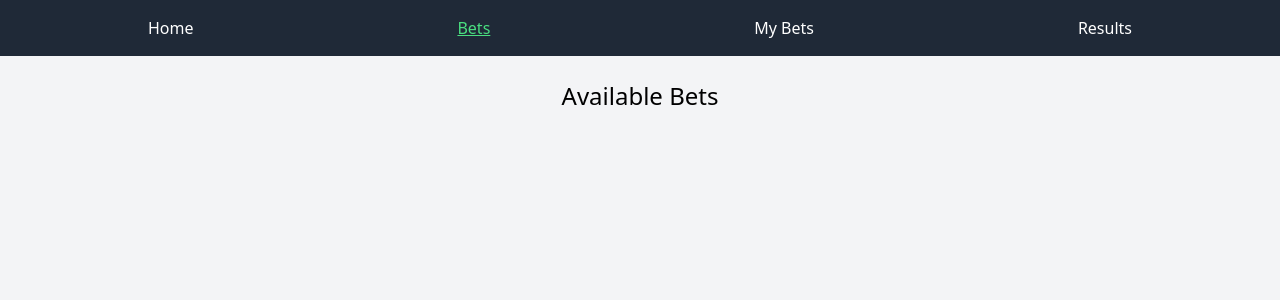
Repository: PEEZYBEE/cha-ching
Page: /bets
These files come from the project's save history. The page is drawn as it stood at one moment and after the next save; the edit follows.
The browser window is 1280 px wide. The pictures show the whole page.
The project was rebuilt for these pictures with package versions that can differ from the ones it lists, and the page was loaded fresh each time. Also part of the build but not shown: vite.config.js, src/pages/HomePage.jsx, src/pages/MyBetsPage.jsx, src/pages/ResultsPage.jsx.

Above is the page before, as saved 2025-04-20 01:18:46.

### src/main.jsx
import { StrictMode } from "react"
import { createRoot } from "react-dom/client"
import { BrowserRouter } from "react-router-dom"
import App from "./App"
import "./index.css"

createRoot(document.getElementById("root")).render(
  <StrictMode>
    <BrowserRouter>
      <App />
    </BrowserRouter>
  </StrictMode>
)

### src/App.jsx
import { Routes, Route } from "react-router-dom"
import Navbar from "./components/Navbar"
import HomePage from "./pages/HomePage"
import BetsPage from "./pages/BetsPage"
import MyBetsPage from "./pages/MyBetsPage"
import ResultsPage from "./pages/ResultsPage"

export default function App() {
  return (
    <div className="min-h-screen bg-gray-100">
      <Navbar />
      <div className="p-6">
        <Routes>
          <Route path="/" element={<HomePage />} />
          <Route path="/bets" element={<BetsPage />} />
          <Route path="/my-bets" element={<MyBetsPage />} />
          <Route path="/results" element={<ResultsPage />} />
        </Routes>
      </div>
    </div>
  )
}

### src/components/Navbar.jsx
import { NavLink } from "react-router-dom";

const linkClasses = ({ isActive }) =>
  isActive ? "underline text-green-400" : "hover:underline";

export default function Navbar() {
  return (
    <nav className="bg-gray-800 text-white p-4 flex justify-around">
      <NavLink to="/" className={linkClasses}>Home</NavLink>
      <NavLink to="/bets" className={linkClasses}>Bets</NavLink>
      <NavLink to="/my-bets" className={linkClasses}>My Bets</NavLink>
      <NavLink to="/results" className={linkClasses}>Results</NavLink>
    </nav>
  );
}

### src/pages/BetsPage.jsx
export default function BetsPage() {
    return <h1 className="text-2xl text-center">Available Bets</h1>
  }

Loaded but not shown: index.html (common file); src/index.css (common file); tailwind.config.js (common file)

After the next save:
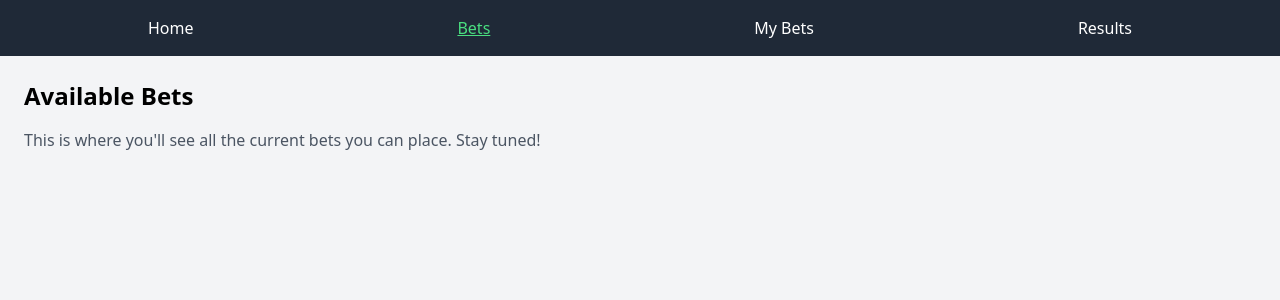
Saved 45 s later.
--- a/src/pages/BetsPage.jsx
+++ b/src/pages/BetsPage.jsx
@@ -1,3 +1,8 @@
 export default function BetsPage() {
-    return <h1 className="text-2xl text-center">Available Bets</h1>
+    return (
+      <div>
+        <h2 className="text-2xl font-bold mb-4">Available Bets</h2>
+        <p className="text-gray-600">This is where you'll see all the current bets you can place. Stay tuned!</p>
+      </div>
+    );
   }
